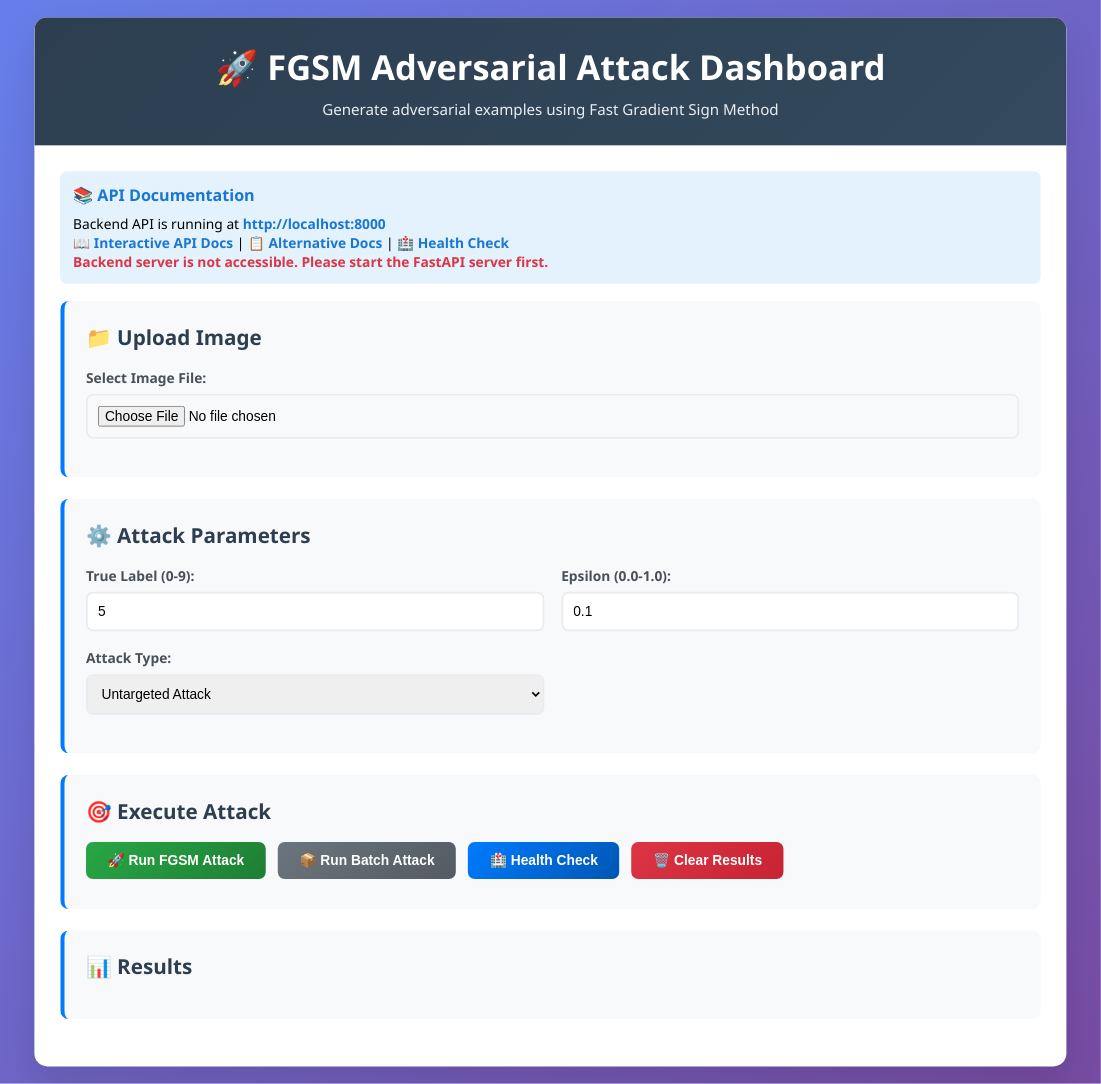
Repository: Muhammad-Saad-Akhtar/Implementation-of-Adversarial-Attacks-Using-FGSM
Page: index.html
An editor plug-in stored every save of this project. The page is shown before and after the next save, followed by the edit.
The browser window is 1280 px wide. The pictures show the whole page, at 86% of full size.
The page's requests for data from a server got no answer.

Above is the page before, as saved 2025-08-22 18:06:09.

After the next save:
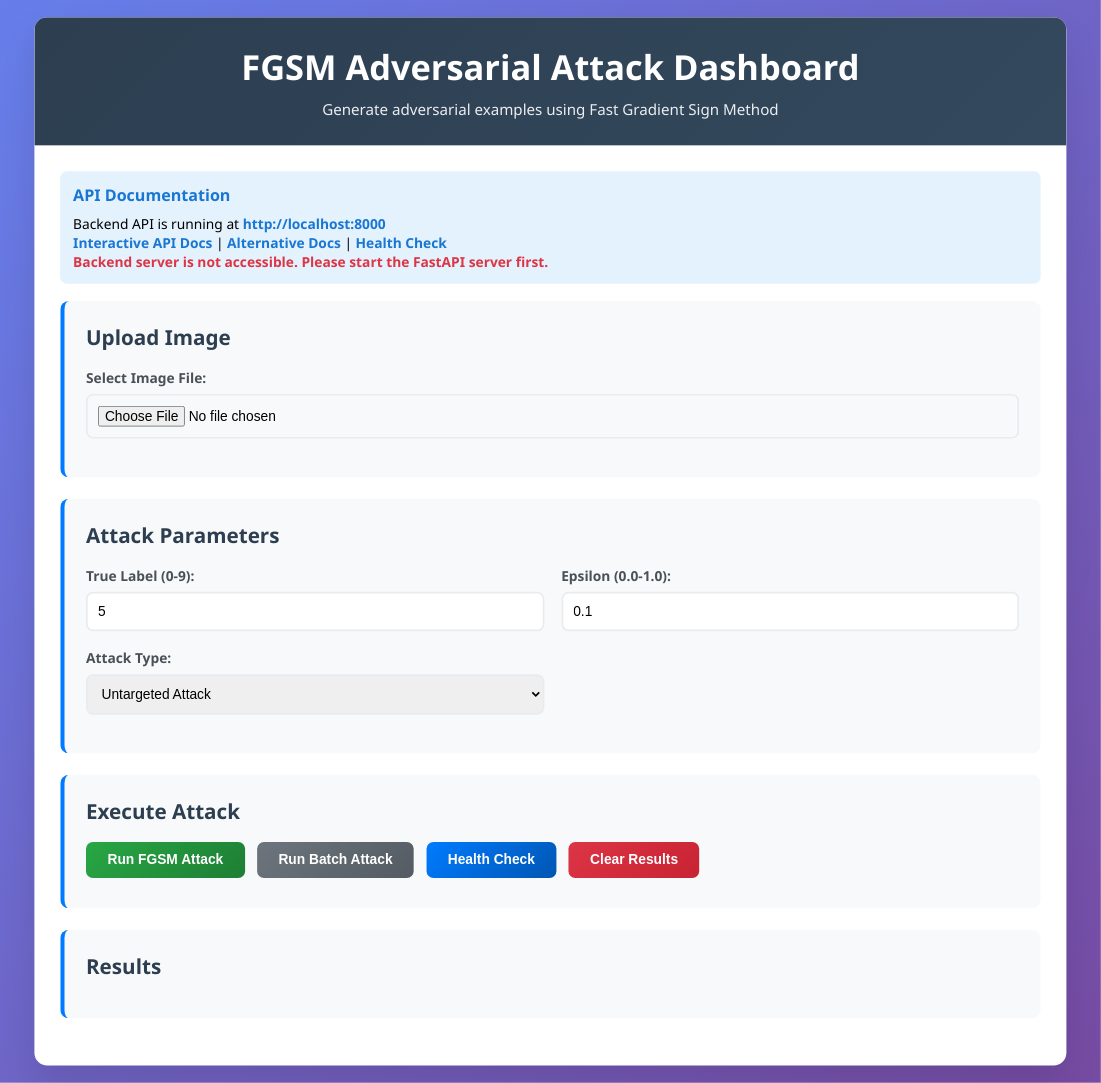
Saved 2 min 42 s later.
--- a/index.html
+++ b/index.html
@@ -207,23 +207,23 @@
 <body>
     <div class="container">
         <header>
-            <h1>🚀 FGSM Adversarial Attack Dashboard</h1>
+            <h1> FGSM Adversarial Attack Dashboard</h1>
             <p>Generate adversarial examples using Fast Gradient Sign Method</p>
         </header>
 
         <div class="main-content">
             <!-- API Information -->
             <div class="api-info">
-                <h3>📚 API Documentation</h3>
+                <h3> API Documentation</h3>
                 <p>Backend API is running at <a href="http://localhost:8000" target="_blank" rel="noopener">http://localhost:8000</a></p>
-                <p>📖 <a href="http://localhost:8000/docs" target="_blank" rel="noopener">Interactive API Docs</a> |
-                   📋 <a href="http://localhost:8000/redoc" target="_blank" rel="noopener">Alternative Docs</a> |
-                   🏥 <a href="http://localhost:8000/health" target="_blank" rel="noopener">Health Check</a></p>
+                <p> <a href="http://localhost:8000/docs" target="_blank" rel="noopener">Interactive API Docs</a> |
+                    <a href="http://localhost:8000/redoc" target="_blank" rel="noopener">Alternative Docs</a> |
+                    <a href="http://localhost:8000/health" target="_blank" rel="noopener">Health Check</a></p>
             </div>
 
             <!-- Image Upload Section -->
             <div class="section">
-                <h2>📁 Upload Image</h2>
+                <h2> Upload Image</h2>
                 <div class="form-group">
                     <label for="imageFile">Select Image File:</label>
                     <input type="file" id="imageFile" accept="image/*" onchange="previewImage()">
@@ -233,7 +233,7 @@
 
             <!-- Attack Parameters Section -->
             <div class="section">
-                <h2>⚙️ Attack Parameters</h2>
+                <h2> Attack Parameters</h2>
                 <div class="form-row">
                     <div class="form-group">
                         <label for="trueLabel">True Label (0-9):</label>
@@ -261,16 +261,16 @@
 
             <!-- Action Buttons Section -->
             <div class="section">
-                <h2>🎯 Execute Attack</h2>
-                <button class="btn btn-success" onclick="runFGSMAttack()">🚀 Run FGSM Attack</button>
-                <button class="btn btn-secondary" onclick="runBatchAttack()">📦 Run Batch Attack</button>
-                <button class="btn" onclick="testHealthCheck()">🏥 Health Check</button>
-                <button class="btn btn-danger" onclick="clearResults()">🗑️ Clear Results</button>
+                <h2> Execute Attack</h2>
+                <button class="btn btn-success" onclick="runFGSMAttack()"> Run FGSM Attack</button>
+                <button class="btn btn-secondary" onclick="runBatchAttack()"> Run Batch Attack</button>
+                <button class="btn" onclick="testHealthCheck()"> Health Check</button>
+                <button class="btn btn-danger" onclick="clearResults()"> Clear Results</button>
             </div>
 
             <!-- Results Section -->
             <div class="section">
-                <h2>📊 Results</h2>
+                <h2> Results</h2>
                 <div id="loading" class="loading hidden">
                     <div class="spinner"></div>
                     <p>Processing attack...</p>
@@ -331,23 +331,23 @@
                 let formattedResult = '';
 
                 if (data.success !== undefined) {
-                    formattedResult += `✅ Success: ${data.success}\n`;
+                    formattedResult += ` Success: ${data.success}\n`;
                 }
 
                 if (data.attack_success !== undefined) {
-                    formattedResult += `🎯 Attack Success: ${data.attack_success}\n`;
+                    formattedResult += ` Attack Success: ${data.attack_success}\n`;
                 }
 
                 if (data.message) {
-                    formattedResult += `📝 Message: ${data.message}\n`;
+                    formattedResult += ` Message: ${data.message}\n`;
                 }
 
                 if (data.original_prediction !== undefined) {
-                    formattedResult += `📊 Original Prediction: ${data.original_prediction}\n`;
+                    formattedResult += ` Original Prediction: ${data.original_prediction}\n`;
                 }
 
                 if (data.adversarial_prediction !== undefined) {
-                    formattedResult += `🎭 Adversarial Prediction: ${data.adversarial_prediction}\n`;
+                    formattedResult += ` Adversarial Prediction: ${data.adversarial_prediction}\n`;
                 }
 
                 if (data.original_confidence !== undefined) {
